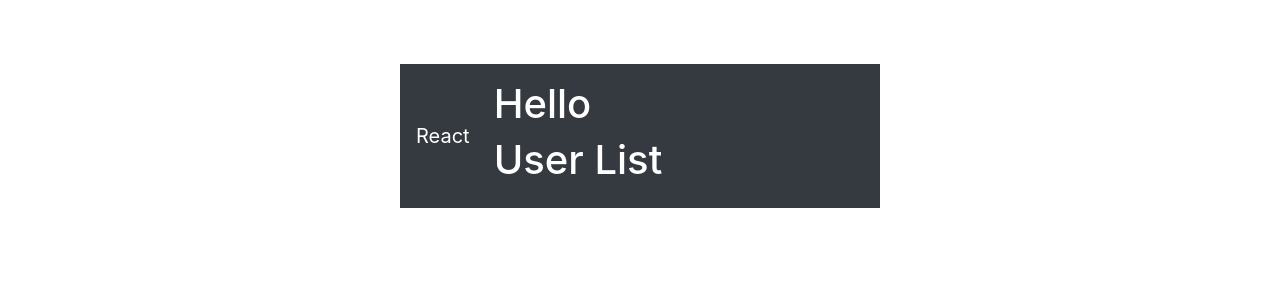
Repository: Abdaljawad-Aya/interview-task
Page: / (app in javascriptArray/test/)
These files come from the project's save history. The page is drawn as it stood at one moment and after the next save; the edit follows.
The browser window is 1280 px wide. The pictures show the whole page.
Some web libraries are served in a nearby version. The project was rebuilt for these pictures with package versions that can differ from the ones it lists, and the page was loaded fresh each time. Also part of the build but not shown: javascriptArray/test/src/compnents/AddUser.js, javascriptArray/test/src/compnents/EditUser.js. Imported but missing from the stored project, and not drawn on this page: javascriptArray/test/src/context/GlobalState.

Above is the page before, as saved 2021-03-10 20:13:06.

### javascriptArray/test/public/index.html
<!DOCTYPE html>
<html lang="en">
  <head>
    <meta charset="utf-8" />
    <link rel="icon" href="%PUBLIC_URL%/favicon.ico" />
    <meta name="viewport" content="width=device-width, initial-scale=1" />
    <meta name="theme-color" content="#000000" />
    <meta
      name="description"
      content="Web site created using create-react-app"
    />
    <link rel="apple-touch-icon" href="%PUBLIC_URL%/logo192.png" />
    <!--
      manifest.json provides metadata used when your web app is installed on a
      user's mobile device or desktop. See https://developers.google.com/web/fundamentals/web-app-manifest/
    -->
    <link rel="manifest" href="%PUBLIC_URL%/manifest.json" />
    <!--
      Notice the use of %PUBLIC_URL% in the tags above.
      It will be replaced with the URL of the `public` folder during the build.
      Only files inside the `public` folder can be referenced from the HTML.

      Unlike "/favicon.ico" or "favicon.ico", "%PUBLIC_URL%/favicon.ico" will
      work correctly both with client-side routing and a non-root public URL.
      Learn how to configure a non-root public URL by running `npm run build`.
    -->

   <link rel="stylesheet" href="https://maxcdn.bootstrapcdn.com/bootstrap/4.0.0/css/bootstrap.min.css" integrity="sha384-Gn5384xqQ1aoWXA+058RXPxPg6fy4IWvTNh0E263XmFcJlSAwiGgFAW/dAiS6JXm" crossorigin="anonymous">
    <title>React App</title>
  </head>
  <body>
    <noscript>You need to enable JavaScript to run this app.</noscript>
    <div id="root"></div>
    <!--
      This HTML file is a template.
      If you open it directly in the browser, you will see an empty page.

      You can add webfonts, meta tags, or analytics to this file.
      The build step will place the bundled scripts into the <body> tag.

      To begin the development, run `npm start` or `yarn start`.
      To create a production bundle, use `npm run build` or `yarn build`.
    -->
      <script src="https://code.jquery.com/jquery-3.2.1.slim.min.js" integrity="sha384-KJ3o2DKtIkvYIK3UENzmM7KCkRr/rE9/Qpg6aAZGJwFDMVNA/GpGFF93hXpG5KkN" crossorigin="anonymous"></script>
    <script src="https://cdnjs.cloudflare.com/ajax/libs/popper.js/1.12.9/umd/popper.min.js" integrity="sha384-ApNbgh9B+Y1QKtv3Rn7W3mgPxhU9K/ScQsAP7hUibX39j7fakFPskvXusvfa0b4Q" crossorigin="anonymous"></script>
    <script src="https://maxcdn.bootstrapcdn.com/bootstrap/4.0.0/js/bootstrap.min.js" integrity="sha384-JZR6Spejh4U02d8jOt6vLEHfe/JQGiRRSQQxSfFWpi1MquVdAyjUar5+76PVCmYl" crossorigin="anonymous"></script>
  </body>
</html>

### javascriptArray/test/src/index.js
import React from 'react'
import ReactDOM from 'react-dom'
import App from './App'
// import { BrowserRouter as Router } from 'react-router-dom'

ReactDOM.render(
  <React.StrictMode>
    {/* <Router> */}
    <App />
    {/* </Router> */}
  </React.StrictMode>,
  document.getElementById('root'),
)

### javascriptArray/test/src/App.js
import React from 'react'
import { BrowserRouter as Router, Switch, Route } from 'react-router-dom'
import { Home } from './compnents/Home'
import { AddUser } from './compnents/AddUser'
import { EditUser } from './compnents/EditUser'

import 'bootstrap/dist/css/bootstrap.min.css'

function App() {
  return (
    <div className="App" style={{ maxWidth: '30rem', margin: '4rem auto' }}>
      <Router>
        <Switch>
          <nav class="navbar navbar-expand-lg navbar-dark bg-dark">
            <a class="navbar-brand" href="#">
              React
            </a>
            <button
              class="navbar-toggler"
              type="button"
              data-toggle="collapse"
              data-target="#navbarNavAltMarkup"
              aria-controls="navbarNavAltMarkup"
              aria-expanded="false"
              aria-label="Toggle navigation"
            >
              <span class="navbar-toggler-icon"></span>
            </button>
            <div class="collapse navbar-collapse" id="navbarNavAltMarkup">
              <div class="navbar-nav">
                <a class="nav-item nav-link active" href="#">
                  <Route exact path="/" component={Home} />
                  {/* <span class="sr-only">(current)</span> */}
                </a>
                <a class="nav-link" href="#">
                  <Route path="/add" component={AddUser} />
                </a>
                <a class="nav-link" href="#">
                  <Route path="/edit/:id" component={EditUser} />
                </a>
              </div>
            </div>
          </nav>
        </Switch>
      </Router>
    </div>
  )
}

export default App

### javascriptArray/test/src/compnents/Home.js
import React from 'react'
import { Heading } from './Heading'
import { UserList } from './UserList'
export const Home = () => {
  return (
    <>
      <Heading />
      <UserList />
    </>
  )
}

### javascriptArray/test/src/compnents/Heading.js
import React from 'react'
import { Link } from 'react-router-dom'
import { Navbar, Nav, NavItem, NavbarBrand, Container } from 'reactstrap'

export const Heading = () => {
  return (
    <div>
      <h1>Hello</h1>
    </div>
  )
}

### javascriptArray/test/src/compnents/UserList.js
import React from 'react'

export const UserList = () => {
  return (
    <div>
      <h1>User List</h1>
    </div>
  )
}

After the next save:
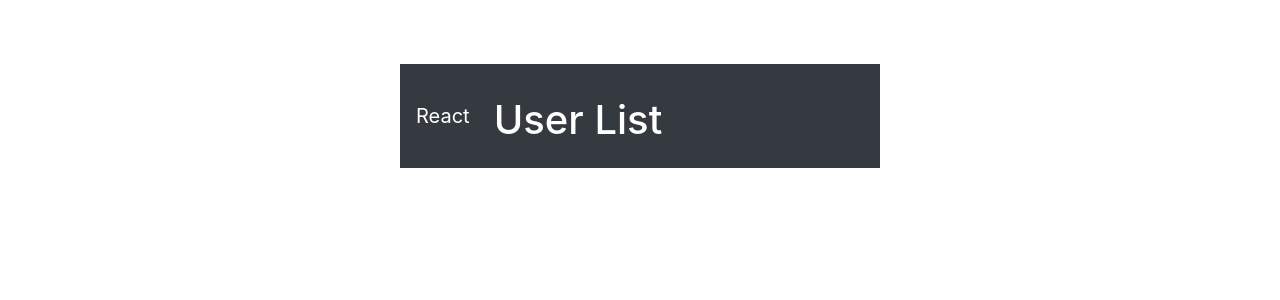
Saved 41 s later.
--- a/javascriptArray/test/src/compnents/Heading.js
+++ b/javascriptArray/test/src/compnents/Heading.js
@@ -5,7 +5,7 @@ import { Navbar, Nav, NavItem, NavbarBrand, Container } from 'reactstrap'
 export const Heading = () => {
   return (
     <div>
-      <h1>Hello</h1>
+      <Navbar color="dark" dark></Navbar>
     </div>
   )
 }
